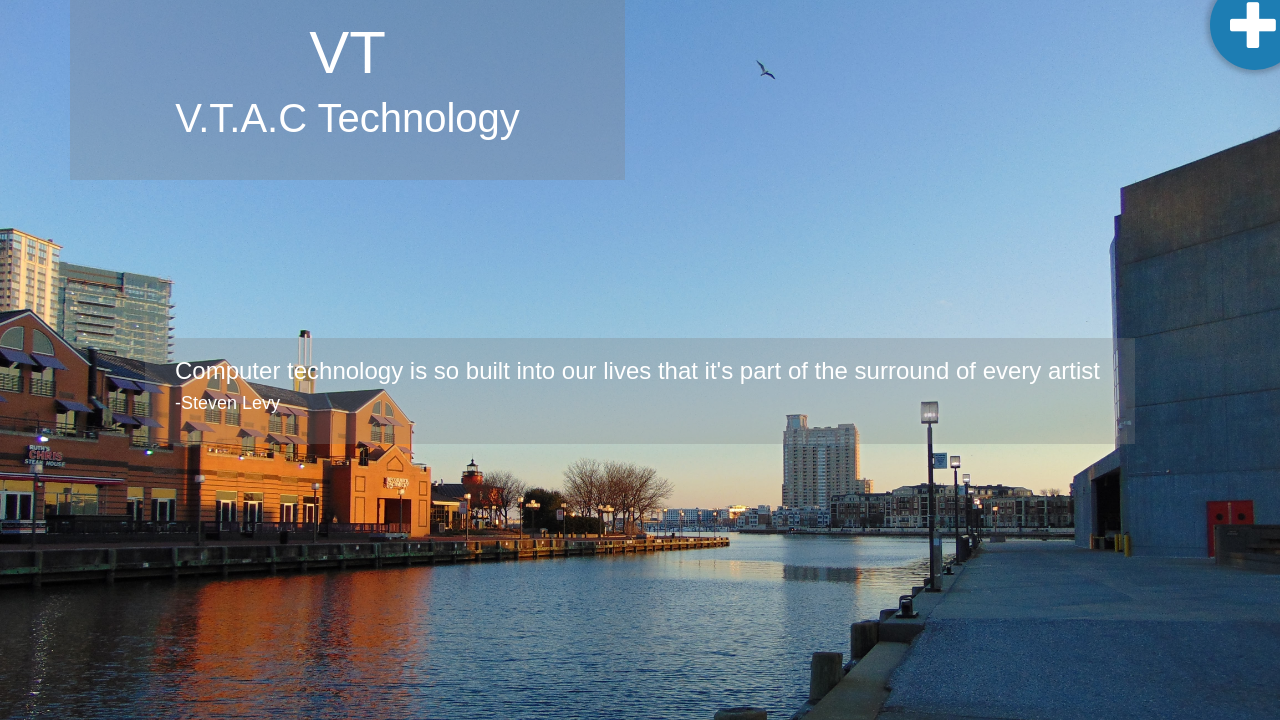
Repository: danidark9312/vtac
Page: http://localhost/vtacTechnology/
An editor plug-in stored every save of this project. The page is shown before and after the next save, followed by the edit.
The browser window is 1280 px wide. The pictures show the whole page.
The page is served by Tomcat 9.

Above is the page before, as saved 2017-01-30 18:41:50.
Console error (its wording comes from the project's code and is left out).

### vtacTechnology/WebContent/index.jsp
<%@ page language="java" contentType="text/html; charset=ISO-8859-1"
    pageEncoding="ISO-8859-1"%>
<!DOCTYPE html PUBLIC "-//W3C//DTD HTML 4.01 Transitional//EN" "http://www.w3.org/TR/html4/loose.dtd">
<html>
<head>
	<meta http-equiv="Content-Type" content="text/html; charset=ISO-8859-1">
	<title>VTAC Tehnology</title>

	<link href="bootstrap/css/bootstrap.min.css" rel="stylesheet">
 	<script src="bootstrap/js/bootstrap.min.js"> </script>
 	<script src="jquery/jquery.min.js" ></script>
 	<script src="js/menu.js" ></script>

 	<link href="css/common.css" rel="stylesheet" />

</head>
<body>
<div class="menuContainer">
<div class="floatingMenu" onclick="openMenu()">
 <span class="glyphicon glyphicon-plus" aria-hidden="true"></span>
</div>
	<div class="optionGroup">
		<div class="option">Services</div>
		<div class="option">Portfolio</div>
		<div class="option">Contact</div>
	</div>

</div>
	<div class="container">
		<div class="row">
			<div class="col-md-6 col-xs-6">
				<div class="mainLogo">
					<h1>VT</h1>
					<h2>V.T.A.C Technology</h2>
					<br/>
				</div>
			</div>
		</div>

		<div class="row mainQuote">
			<div class="col-md-12 col-xs-12">
				<div class="col-md-12 col-xs-12">
					<h3>Computer technology is so built into our lives that it's part of the surround of every artist</h3>
					<h4>-Steven Levy</h4>
					<br/>
				</div>
			</div>
		</div>
	</div>


</body>
</html>

### vtacTechnology/WebContent/js/menu.js
/**
 *
 */

$(document).ready(function(){
// function for the floating button when cursor leave the button, must hide all options
})

function openMenu(){
	$(".optionGroup .option").toggleClass("shown");
}

### vtacTechnology/WebContent/css/common.css

@CHARSET "ISO-8859-1";


:root {
  --main-color: #1d7db3;
  --main-color-highlighted: #e8a05d;
  --caption-color : rgba(128, 128, 128, 0.29);
}

*{
	font-family: "Comic Sans MS", cursive, sans-serif;
}

.mainQuote{
	height: 500px;
	padding: 158px 90px;
	color : white;
}

.mainQuote>div{
	background-color: var(--caption-color);
}



.menuContainer{
	position : fixed;
	right: 0px;
	top: 0px;
}

.floatingMenu{
	    background-color: var(--main-color);
    color: white;
    width: 90px;
    height: 90px;
    text-align: center;
    padding: 18px;
    border-radius: 100%;
    box-shadow: 0px 0px 5px 4px rgba(0, 0, 0, 0.18), 0px 4px 12px -7px rgba(0, 0, 0, 0.15);

    -webkit-transition: all .1s ease-out;
    position: absolute;
    right: -20px;
    top: -20px;
    cursor: pointer;
}


.menuContainer .optionGroup{
	        padding: 5px 0;
	        margin-top: 12px;
    font-size: 23px;
    position: absolute;
    top: 70px;
    right: 0px;;
}

.floatingMenu:hover{
	right: 0px;
	top: 0px;
	background-color: var(--main-color-highlighted);
	box-shadow: 0px 0px 14px 6px rgba(0, 0, 0, 0.18), 0px 4px 12px -7px rgba(0, 0, 0, 0.15);
}

.floatingMenu span{
	font-size: 50px;
}

.menuContainer .option{
	    padding: 5px 10px;
    font-size: 23px;
    background: var(--main-color);;
    color: white;
    border-top-left-radius: 20px;
    border-bottom-left-radius: 20px;
    box-shadow: 0px 5px 11px -2px rgba(0, 0, 0, 0.18), 0px 4px 12px -7px rgba(0, 0, 0, 0.15);
    -webkit-transition: all .2s ease-out;
    opacity: 0;
    cursor: pointer;
}
.menuContainer .option:hover{
    background-color: var(--main-color-highlighted);
}

.menuContainer .option.shown{
	opacity: 1;
	margin-top: 5px;
}




body {
	background: #ffffff url("../img/background2.jpg") no-repeat right top;
	background-size: cover;
}

.mainLogo{
	    text-align: center;
    padding: 10px;
    /* background-color: var(--main-color);*/
    background-color: var(--caption-color);
    color: white;

    /* border-radius: 50%;*/
}

.mainLogo h1{
	font-size: 60px;
	margin-top: 10px;
}

.mainLogo h2{
	font-size: 40px;
	margin-top: 0px;
}

Loaded but not shown: vtacTechnology/WebContent/bootstrap/css/bootstrap.min.css (library); vtacTechnology/WebContent/bootstrap/js/bootstrap.min.js (library); vtacTechnology/WebContent/jquery/jquery.min.js (library)

After the next save:
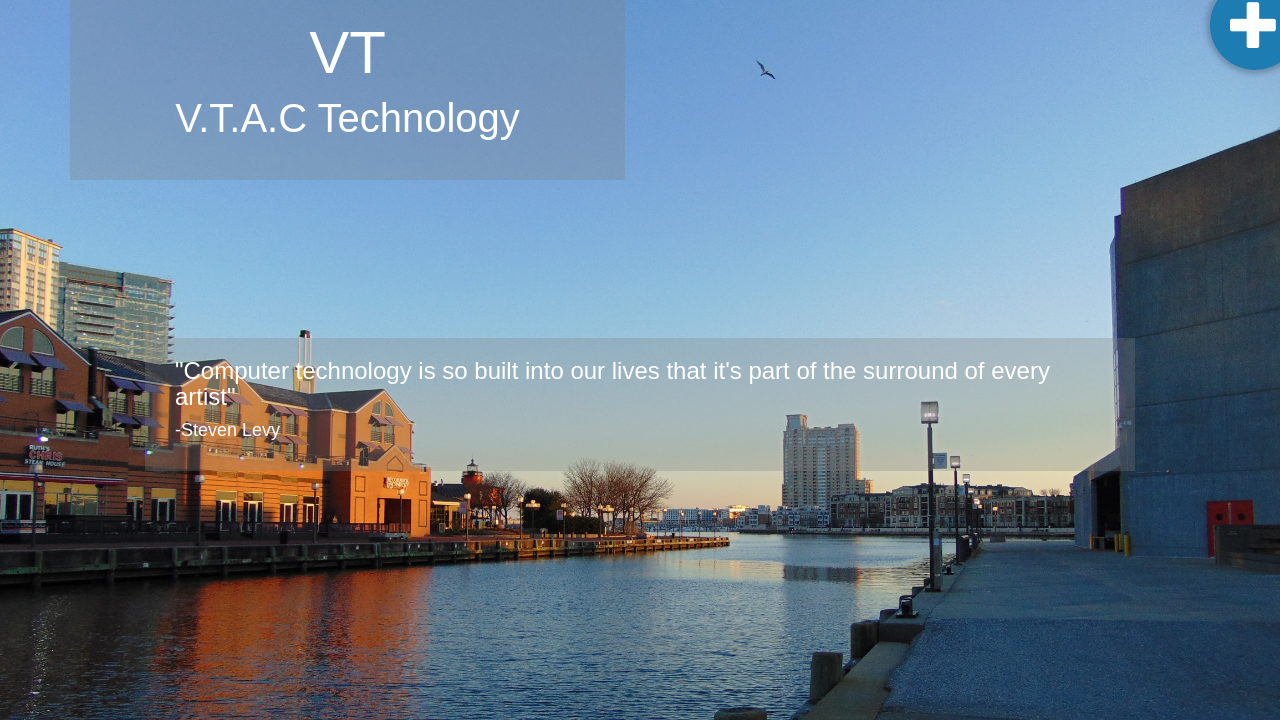
Saved 17 s later.
--- a/vtacTechnology/WebContent/index.jsp
+++ b/vtacTechnology/WebContent/index.jsp
@@ -40,7 +40,7 @@
 		<div class="row mainQuote">
 			<div class="col-md-12 col-xs-12">
 				<div class="col-md-12 col-xs-12">
-					<h3>Computer technology is so built into our lives that it's part of the surround of every artist</h3>
+					<h3>"Computer technology is so built into our lives that it's part of the surround of every artist"</h3>
 					<h4>-Steven Levy</h4>
 					<br/>
 				</div>
